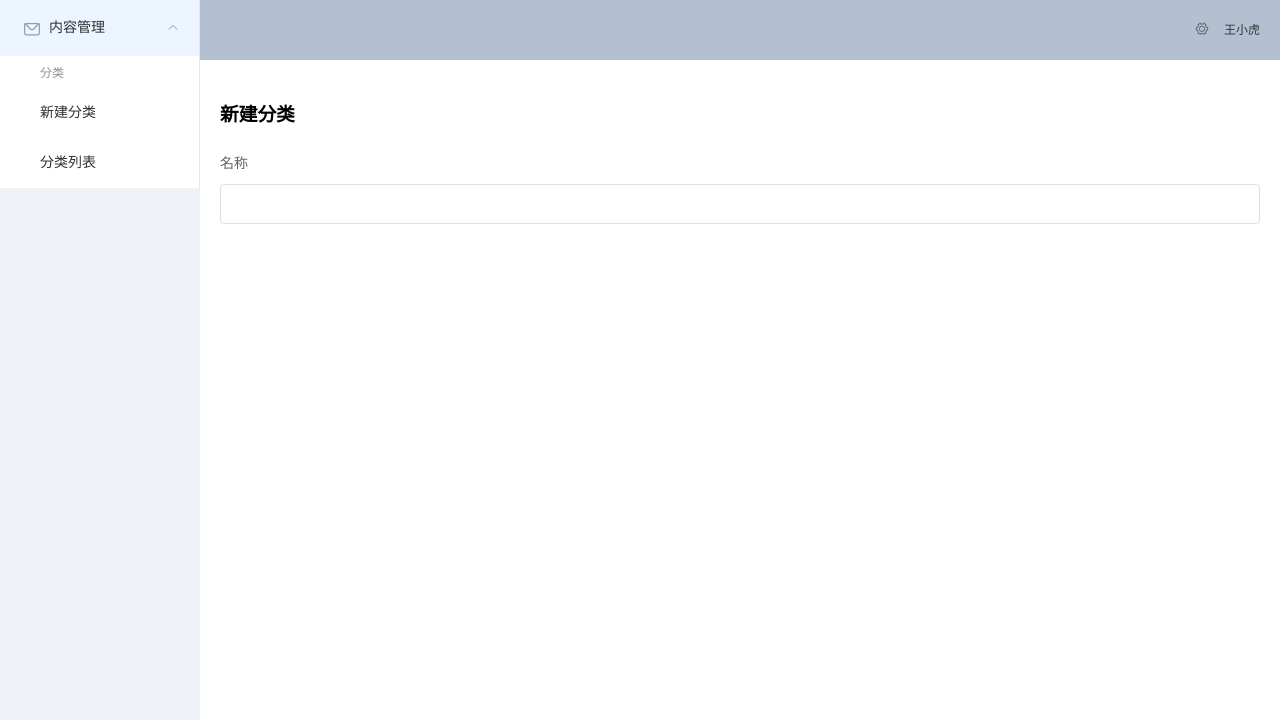
Repository: fish-zmy/wangzherongyao
Page: /#/categories/create (app in admin/)
The author's editor kept a copy of each file at every save. The page is drawn from the files as they stood at one save, then again after the next save.
The browser window is 1280 px wide. The pictures show the whole page.
The project was rebuilt for these pictures with package versions that can differ from the ones it lists, and the page was loaded fresh each time. Also part of the build but not shown: admin/vue.config.js. Imported but missing from the stored project, and not drawn on this page: admin/src/views/Home.vue.

Above is the page before, as saved 2020-06-16 16:06:03.

### admin/src/App.vue
<template>
  <div id="app">

    <router-view/>
  </div>
</template>

<style>
html,body{
  margin:0;
  padding:0;
}
</style>

### admin/src/router/index.js
import Vue from 'vue'
import VueRouter from 'vue-router'
import Home from '../views/Home.vue'
import Main from '../views/Main.vue'
import CategoryEdit from '../views/CategoryEdit.vue'

Vue.use(VueRouter)

  const routes = [
  {
    path: '/',
    name: 'main',
    component: Main,
    children:[
      {
        path:'/categories/create',
        component:CategoryEdit
      }
    ]
  },

]

const router = new VueRouter({
  routes
})

export default router

### admin/src/views/Main.vue
<template>
  <el-container style="height: 100vh">
    <el-aside width="200px" style="background-color: rgb(238, 241, 246)">
      <el-menu router :default-openeds="['1', '3']">
        <el-submenu index="1">
          <template slot="title">
            <i class="el-icon-message"></i>内容管理
          </template>
          <el-menu-item-group>
            <template slot="title">分类</template>
            <el-menu-item index="/categories/create">新建分类</el-menu-item>
            <el-menu-item index="/categories/list">分类列表</el-menu-item>
          </el-menu-item-group>
        </el-submenu>
      </el-menu>
    </el-aside>

    <el-container>
      <el-header style="text-align: right; font-size: 12px">
        <el-dropdown>
          <i class="el-icon-setting" style="margin-right: 15px"></i>
          <el-dropdown-menu slot="dropdown">
            <el-dropdown-item>查看</el-dropdown-item>
            <el-dropdown-item>新增</el-dropdown-item>
            <el-dropdown-item>删除</el-dropdown-item>
          </el-dropdown-menu>
        </el-dropdown>
        <span>王小虎</span>
      </el-header>

      <el-main>
        <router-view></router-view>
      </el-main>
    </el-container>
  </el-container>
</template>


<style>
.el-header {
  background-color: #b3c0d1;
  color: #333;
  line-height: 60px;
}

.el-aside {
  color: #333;
}
</style>

<script>
export default {
  data() {
    const item = {
      date: "2016-05-02",
      name: "王小虎",
      address: "上海市普陀区金沙江路 1518 弄"
    };
    return {
      tableData: Array(20).fill(item)
    };
  }
};
</script>

### admin/src/views/CategoryEdit.vue
<template>
    <div class="about">
       <h1>新建分类</h1>
       <el-form>
          <el-form-item label="名称">
            <el-input></el-input>
          </el-form-item>
       </el-form>
    </div>
</template>

Loaded but not shown: admin/public/index.html (common file); admin/src/main.js (common file); admin/src/plugins/element.js (common file)

After the next save:
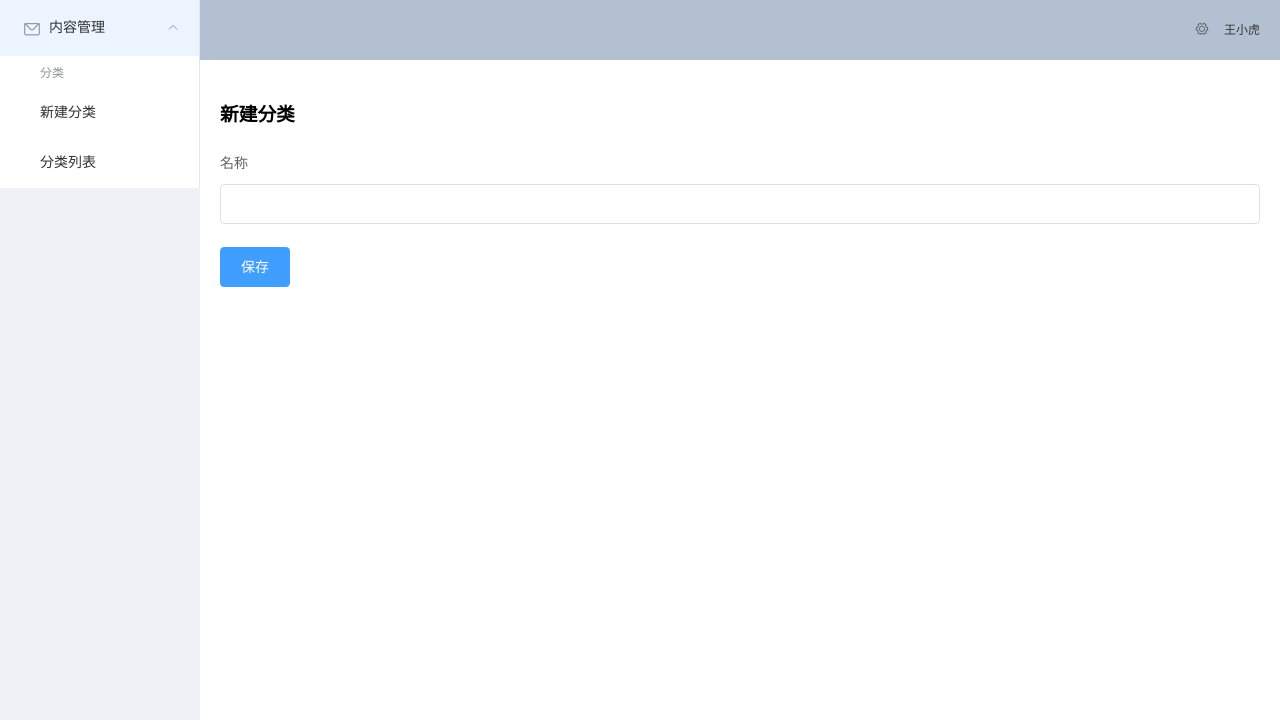
Saved 62 s later.
--- a/admin/src/views/CategoryEdit.vue
+++ b/admin/src/views/CategoryEdit.vue
@@ -5,6 +5,9 @@
           <el-form-item label="名称">
             <el-input></el-input>
           </el-form-item>
+          <el-form-item>
+             <el-button type ="primary" native-type="submit">保存</el-button>
+          </el-form-item>
        </el-form>
     </div>
 </template>
